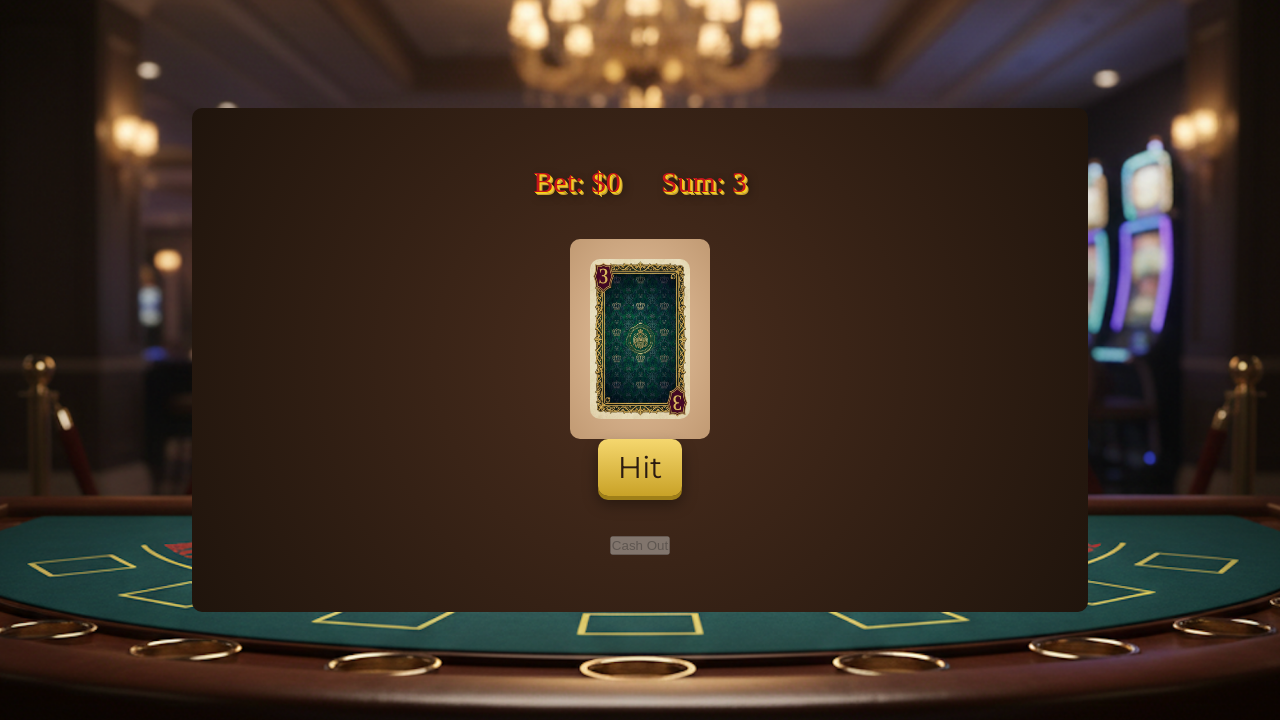
Repository: raghhavv03/javascript-practice
Page: task-5/game.html
The author's editor kept a copy of each file at every save. The page is drawn from the files as they stood at one save, then again after a run of saves.
The browser window is 1280 px wide. The pictures show the whole page.
Some web fonts or font styles are not loaded; a fallback is used.

Above is the page before, as saved 2026-02-09 03:11:15.

After the next 4 saves:
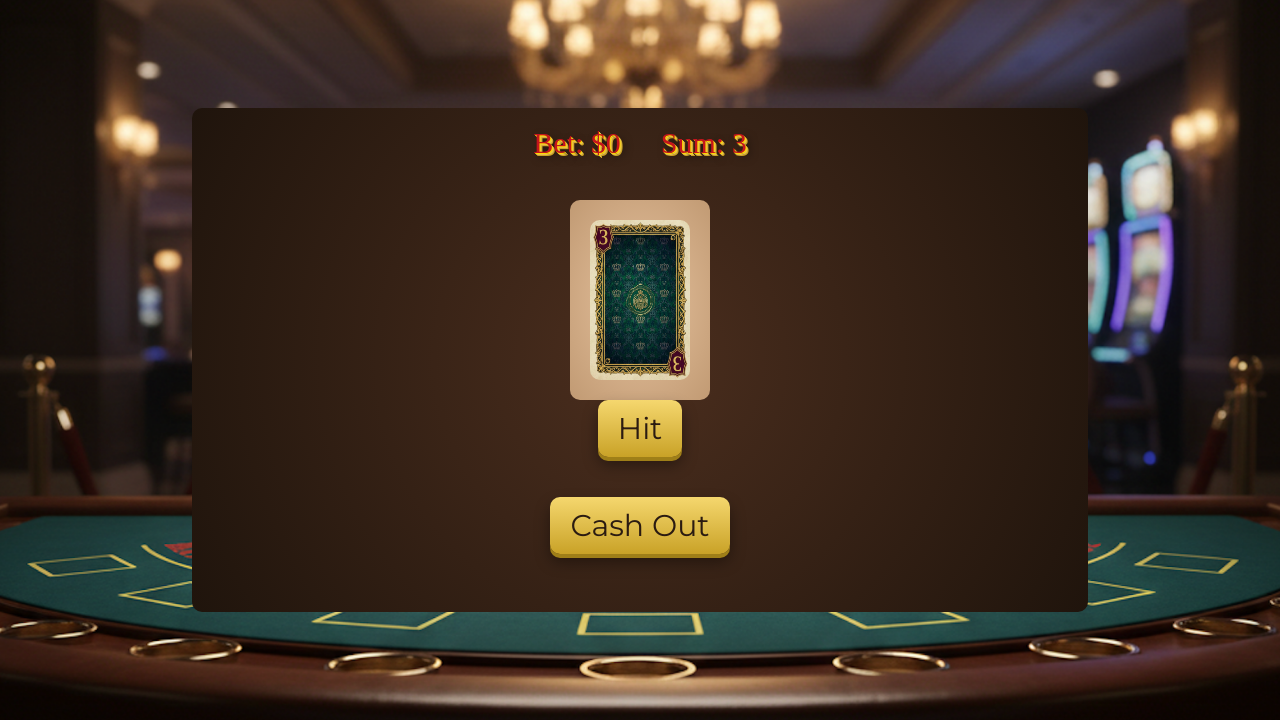
The 4 saves are shown as one change because they came seconds apart.
The last was saved 13 s later.
--- a/task-5/css/style.css
+++ b/task-5/css/style.css
@@ -219,34 +219,34 @@ body {
         0 4px 8px rgba(0,0,0,0.4);
 }
 
-#add-money-btn {
-    background: linear-gradient(180deg, #f5d76e, #c9a227);
-    color: #2b1b11;
-    font-size: 30px;
-    font-family: 'Montserrat', sans-serif;
-    padding: 10px 20px;
-    border: none;
-    border-radius: 10px;
-    margin-bottom: 40px;
-    cursor: pointer;
-    box-shadow:
-        0 4px 0 #9f7f18,
-        0 8px 15px rgba(0,0,0,0.4);
-    transition: all 0.2s ease;
-}
-
-#add-money-btn:hover {
-    background: linear-gradient(180deg, #ffe58f, #e6c24f);
-    box-shadow:
-        0 4px 0 #9f7f18,
-        0 0 12px rgba(255, 215, 0, 0.8),
-        0 10px 20px rgba(0,0,0,0.5);
-    transform: translateY(-1px);
-}
-
-#add-money-btn:active {
-    transform: translateY(2px);
-    box-shadow:
-        0 2px 0 #9f7f18,
-        0 4px 8px rgba(0,0,0,0.4);
-}
+#cashout-btn {
+    background: linear-gradient(180deg, #f5d76e, #c9a227);
+    color: #2b1b11;
+    font-size: 30px;
+    font-family: 'Montserrat', sans-serif;
+    padding: 10px 20px;
+    border: none;
+    border-radius: 10px;
+    margin-bottom: 40px;
+    cursor: pointer;
+    box-shadow:
+        0 4px 0 #9f7f18,
+        0 8px 15px rgba(0,0,0,0.4);
+    transition: all 0.2s ease;
+}
+
+#cashout-btn:hover {
+    background: linear-gradient(180deg, #ffe58f, #e6c24f);
+    box-shadow:
+        0 4px 0 #9f7f18,
+        0 0 12px rgba(255, 215, 0, 0.8),
+        0 10px 20px rgba(0,0,0,0.5);
+    transform: translateY(-1px);
+}
+
+#cashout-btn:active {
+    transform: translateY(2px);
+    box-shadow:
+        0 2px 0 #9f7f18,
+        0 4px 8px rgba(0,0,0,0.4);
+}
